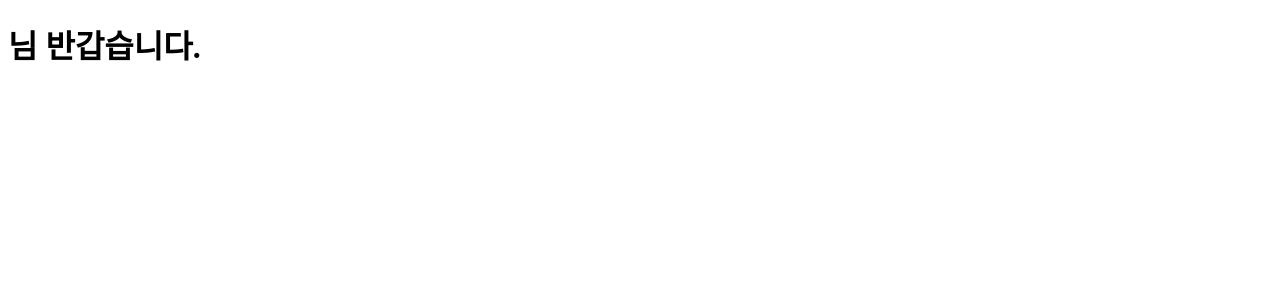
Repository: RyuJelly/211
Page: http://localhost/JSP/login/login.jsp
These files come from the project's save history. The page is drawn as it stood at one moment and after the next save; the edit follows.
The browser window is 1280 px wide. The pictures show the whole page.
The page is served by Tomcat 9. Other server files are loaded and not shown.

Above is the page before, as saved 2021-03-24 02:22:16.

### jsp_work/JSP/WebContent/login/login.jsp
<%@ page language="java" contentType="text/html; charset=UTF-8"
    pageEncoding="UTF-8"%>

<%
	String checkId = "andigh";
	String checkPass = "1234";
	String pageName = "main.jsp";

	String id = request.getParameter("id");
	String password = request.getParameter("password");

	if(id == checkId && checkPass == password){
		request.setAttribute("id", id);
		pageName = "main.jsp";
	}
%>
<jsp:forward page="<%=pageName %>"/>

<!DOCTYPE html>
<html>
<head>
<meta charset="UTF-8">
<title>Insert title here</title>
</head>
<body>

</body>
</html>

### jsp_work/JSP/WebContent/login/main.jsp
<%@ page language="java" contentType="text/html; charset=UTF-8"
    pageEncoding="UTF-8"%>
<!DOCTYPE html>
<html>
<head>
<meta charset="UTF-8">
<title>Insert title here</title>
</head>
<body>
	<h1>${id }님 반갑습니다.</h1>
</body>
</html>

### jsp_work/JSP/WebContent/login/loginForm.jsp
<%@ page language="java" contentType="text/html; charset=UTF-8"
    pageEncoding="UTF-8"%>
<!DOCTYPE html>
<html>
<head>
<meta charset="UTF-8">
<title>Insert title here</title>
</head>
<body>
	<form action="login.jsp" method="get">
		아이디: <input type="text" name="id">
		비밀번호: <input type="text" name="password">
		<input type="submit" value="완료">
	</form>
</body>
</html>

After the next save:
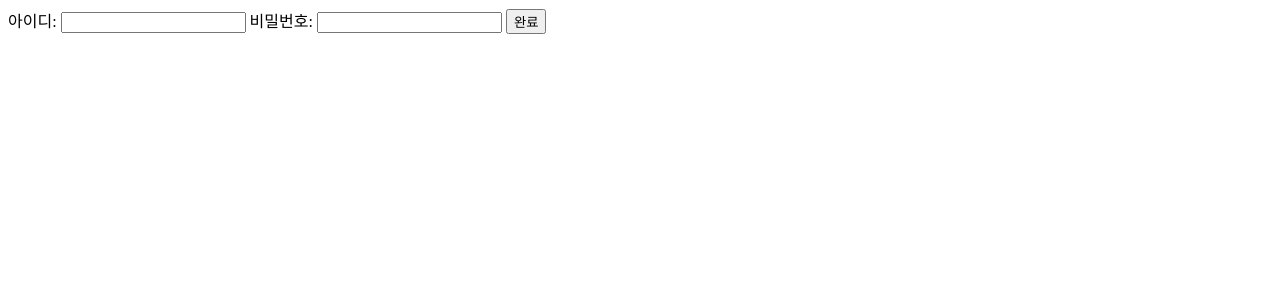
Saved 31 s later.
--- a/jsp_work/JSP/WebContent/login/login.jsp
+++ b/jsp_work/JSP/WebContent/login/login.jsp
@@ -4,7 +4,7 @@
 <%
 	String checkId = "andigh";
 	String checkPass = "1234";
-	String pageName = "main.jsp";
+	String pageName = "loginForm.jsp";
 
 	String id = request.getParameter("id");
 	String password = request.getParameter("password");
